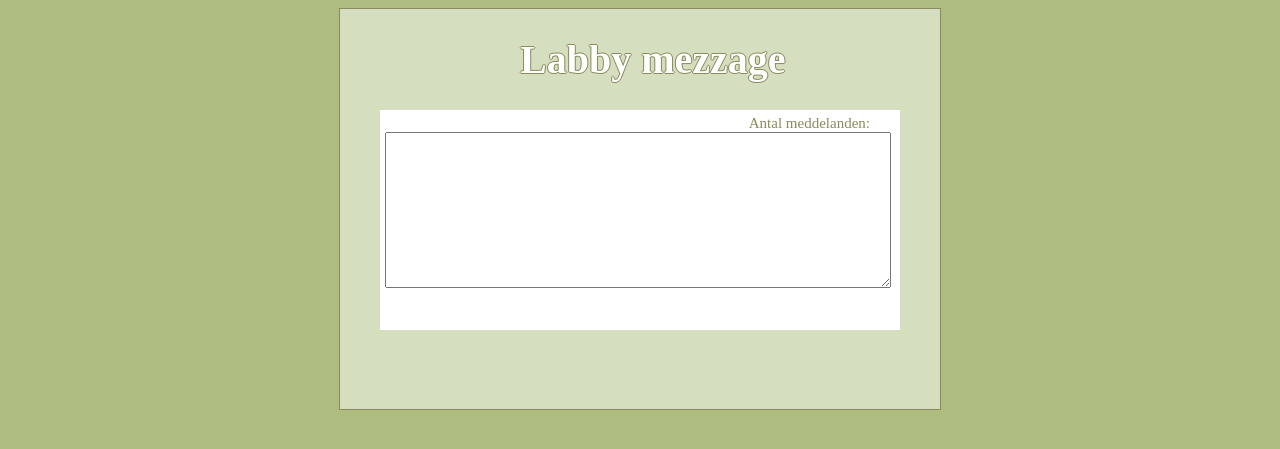
Repository: JuliaSivartsson/1dv403-jsigc09-laborationer
Page: 2-labbymezzage/index.html
The author's editor kept a record of every edit. The page is drawn from the files as they stood at one moment, then again after the next edit.
The browser window is 1280 px wide. The pictures show the whole page.

Above is the page before.
Console error: TypeError: Cannot read properties of undefined (reading 'getText')

### 2-labbymezzage/index.html
<!DOCTYPE html>
<html lang="sv">
<head>
	<meta charset="UTF-8" />
    <link rel="stylesheet" type="text/css" href="css/style.css">
 	<title>Labby message</title>
 	<style>
 		.error {
 			background-color: #F7A1A1;
 		}
 	</style>
</head>
    <body>
        <div id="content">
            <h1>Labby mezzage</h1>

            <div id="text">
                <p class="right">Antal meddelanden:</p>
                <textarea></textarea>
            </div>
            <div id="messages">


            </div>
        </div>

    	  <script src="js/MessageBoard.js"></script>
    	  <script src="js/Message.js"></script>

    </body>
</html>

### 2-labbymezzage/css/style.css
body{
    background-color: #AEBC80;
       font-family: serif;
       color: #8A8A5C;
}

h1{
   color: #fff;
   margin-left: 180px;
   font-size: 40px;
    text-shadow: -1px 0 #8A8A5C, 0 1px #8A8A5C, 1px 0 #8A8A5C, 0 -1px #8A8A5C;
}

#content{
    width: 600px;
    height: 400px;
    margin: 0 auto;
    border: 1px solid #8A8A5C;
    background-color: #D6DEC0;

}

#text{
    width: 520px;
    height: 220px;
    background-color: #fff;
    margin: 10px 20px 0 40px;
}

#text p{
    font-size: 15px;
    margin: 0 30px;
    padding-top: 5px;
}

textarea{
    margin: 0 5px 5px;
    width: 500px;
    height: 150px;
}

footer{
    width: 500px;
    height: 30px;
    margin: 0 auto;
}

footer p{
    font-size: 12px;
    font-style: italic;
    text-align: center;
}

.right{
    float: right;
    margin-right: 10px;
}

### 2-labbymezzage/js/MessageBoard.js
"use strict";

var MessageBoard = {

    messages: ["kiwi"],

        init: function(){

        var mess = new Message("Testmeddelande", new Date());
        //alert(mess);
        //alert(mess.getText());
        mess.setText("En annan text");
        //alert(mess);

        //var mess1 = new Message();
        alert(messages[0].getText() + "hej");
    },

};


window.onload = MessageBoard.init;

### 2-labbymezzage/js/Message.js
function Message(message, date){

    this.getText = function(){
        return message;
    }

    this.setText = function(_text){
        message = _text;
    }

    this.getDate = function(){
        return date;
    }

    this.setDate = function(_date){
        date = _date;
    }

}

Message.prototype.toString = function(){
    return this.getText() + " ("+this.getDate()+")";
}

Message.prototype.getHTMLText = function(){

}

Message.prototype.getDateText = function(){

}

After the next edit:
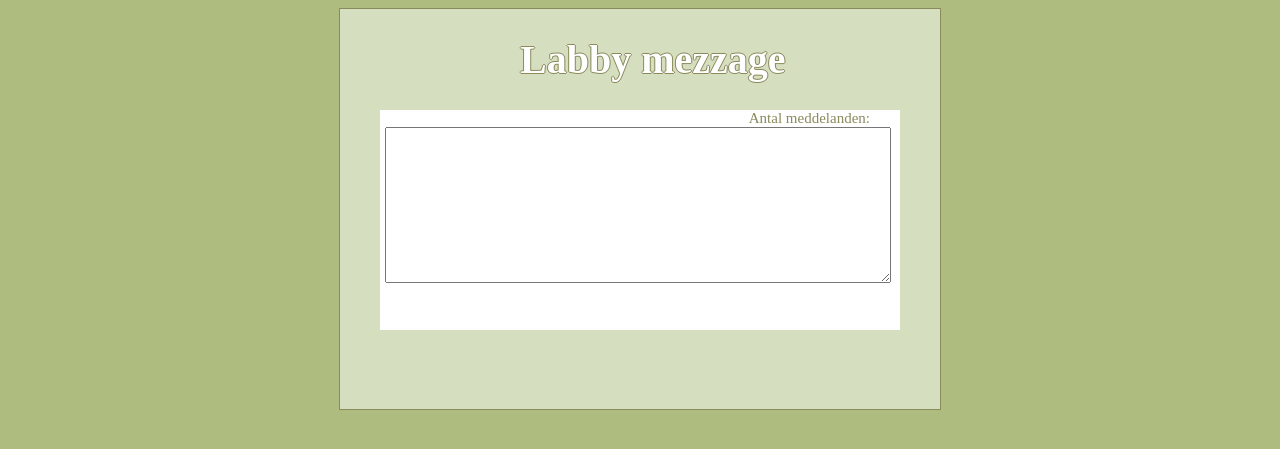
The edit:
--- a/2-labbymezzage/css/style.css
+++ b/2-labbymezzage/css/style.css
@@ -30,7 +30,7 @@
 #text p{
     font-size: 15px;
     margin: 0 30px;
-    padding-top: 5px;
+    padding-top: 10                             px;
 }
 
 textarea{
